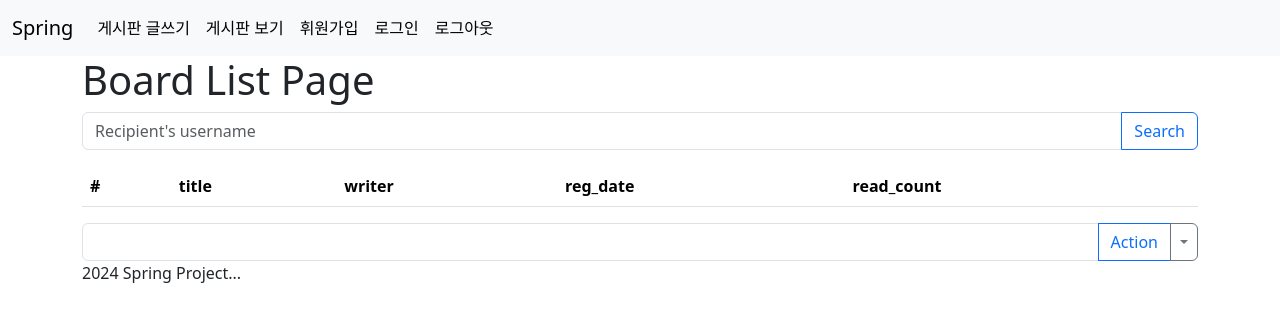
Repository: dlfhrrl12/springtest
Page: http://localhost/spring_study/WEB-INF/views/board/list.jsp
These files come from the project's save history. The page is drawn as it stood at one moment and after the next save; the edit follows.
The browser window is 1280 px wide. The pictures show the whole page.
The page is served by Tomcat 9. Nobody is signed in. The template is opened directly, without the code that normally fills it, so the values that code supplies are empty.

Above is the page before, as saved 2024-04-24 08:38:35.

After the next save:
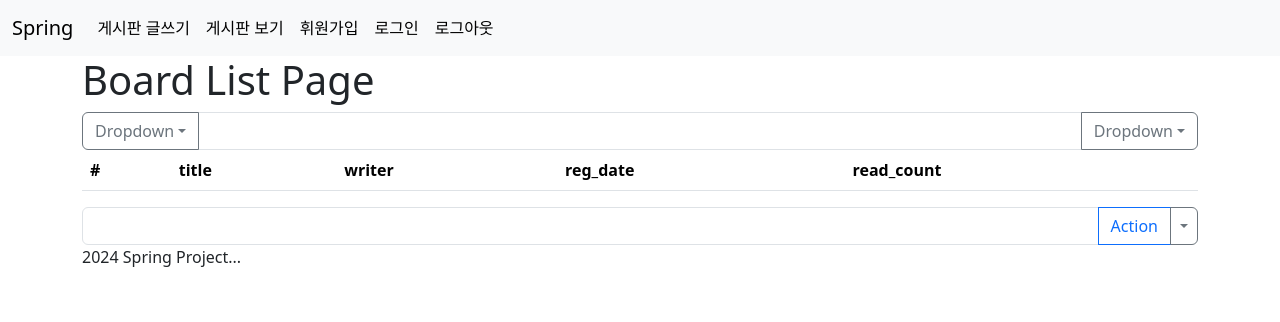
Saved 3 min 48 s later.
--- a/spring_study/src/main/webapp/WEB-INF/views/board/list.jsp
+++ b/spring_study/src/main/webapp/WEB-INF/views/board/list.jsp
@@ -7,10 +7,25 @@
 <div class="container-md">
 	<h1>Board List Page</h1>
 	<form action="">
-		<div class="input-group mb-3">
-		  <input type="text" class="form-control" placeholder="Recipient's username" aria-label="Recipient's username" aria-describedby="button-addon2">
-		  <button type="button" class="btn btn-outline-primary" id="button-addon2">Search</button>
-		</div>
+		<div class="input-group">
+  <button class="btn btn-outline-secondary dropdown-toggle" type="button" data-bs-toggle="dropdown" aria-expanded="false">Dropdown</button>
+  <ul class="dropdown-menu">
+    <li><a class="dropdown-item" href="#">Action before</a></li>
+    <li><a class="dropdown-item" href="#">Another action before</a></li>
+    <li><a class="dropdown-item" href="#">Something else here</a></li>
+    <li><hr class="dropdown-divider"></li>
+    <li><a class="dropdown-item" href="#">Separated link</a></li>
+  </ul>
+  <input type="text" class="form-control" aria-label="Text input with 2 dropdown buttons">
+  <button class="btn btn-outline-secondary dropdown-toggle" type="button" data-bs-toggle="dropdown" aria-expanded="false">Dropdown</button>
+  <ul class="dropdown-menu dropdown-menu-end">
+    <li><a class="dropdown-item" href="#">Action</a></li>
+    <li><a class="dropdown-item" href="#">Another action</a></li>
+    <li><a class="dropdown-item" href="#">Something else here</a></li>
+    <li><hr class="dropdown-divider"></li>
+    <li><a class="dropdown-item" href="#">Separated link</a></li>
+  </ul>
+</div>
 	</form>
 
 	<table class="table table-striped">
